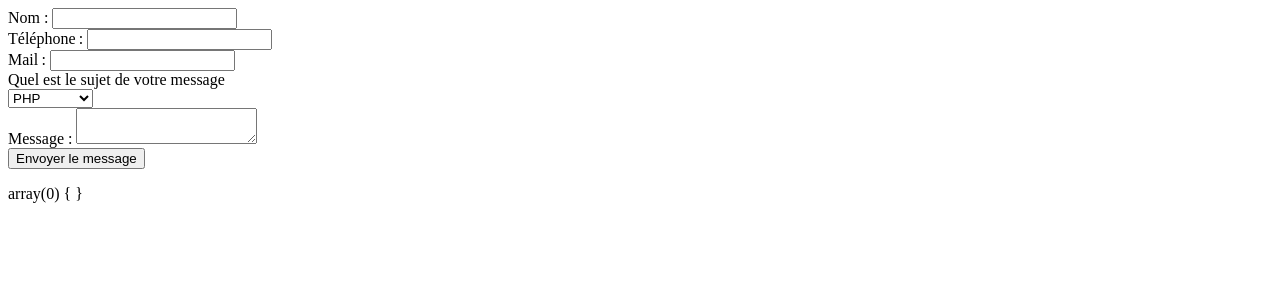
Repository: Val712/quete-Formulaires
Page: http://localhost/form.php
These files come from the project's save history. The page is drawn as it stood at one moment and after the next save; the edit follows.
The browser window is 1280 px wide. The pictures show the whole page.
The page is run by PHP 8.4 with error messages shown; the project is at /var/www/html/.

Above is the page before, as saved 2019-08-25 02:39:44.

### form.php
<form  action="form.php"  method="post">
    <div>
        <label for="name">Nom :</label>
        <input type="text" id="name" name="user_name" value="">
    </div>
    <div>
        <label for="tel">Téléphone :</label>
        <input type="tel" id="tel" name="user_tel">
    </div>
    <div>
        <label for="mail">Mail :</label>
        <input type="email" id="mail" name="user_mail">
    </div>

    <label for="sujet">Quel est le sujet de votre message</label><br />
       <select name="sujet" id="sujet">
           <option value="PHP">PHP</option>
           <option value="Symphony">Symphony</option>
           <option value="MYSQL">MYSQL</option>
           <option value="Unix">Unix</option>
           <option value="Integration">Intégration</option>
           <option value="git">Git</option>
           <option value="CSS">CSS</option>
           <option value="HTML">HTML</option>
       </select>

    <div>
        <label for="msg">Message :</label>
        <textarea id="msg" name="user_message"></textarea>
    </div>

    <div class="button">
        <button type="submit">Envoyer le message</button>
    </div>
</form>


<?php
  var_dump($_POST);
?>

After the next save:
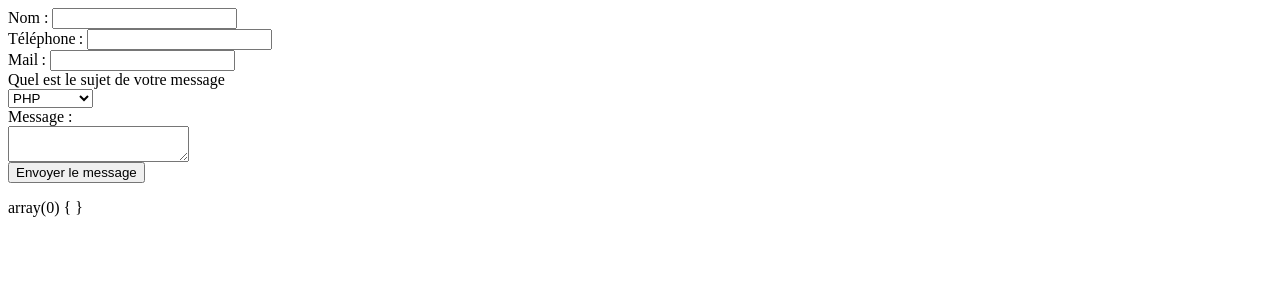
Saved 84 s later.
--- a/form.php
+++ b/form.php
@@ -25,7 +25,7 @@
        </select>
 
     <div>
-        <label for="msg">Message :</label>
+        <label for="msg">Message :</label> </br>
         <textarea id="msg" name="user_message"></textarea>
     </div>
 
